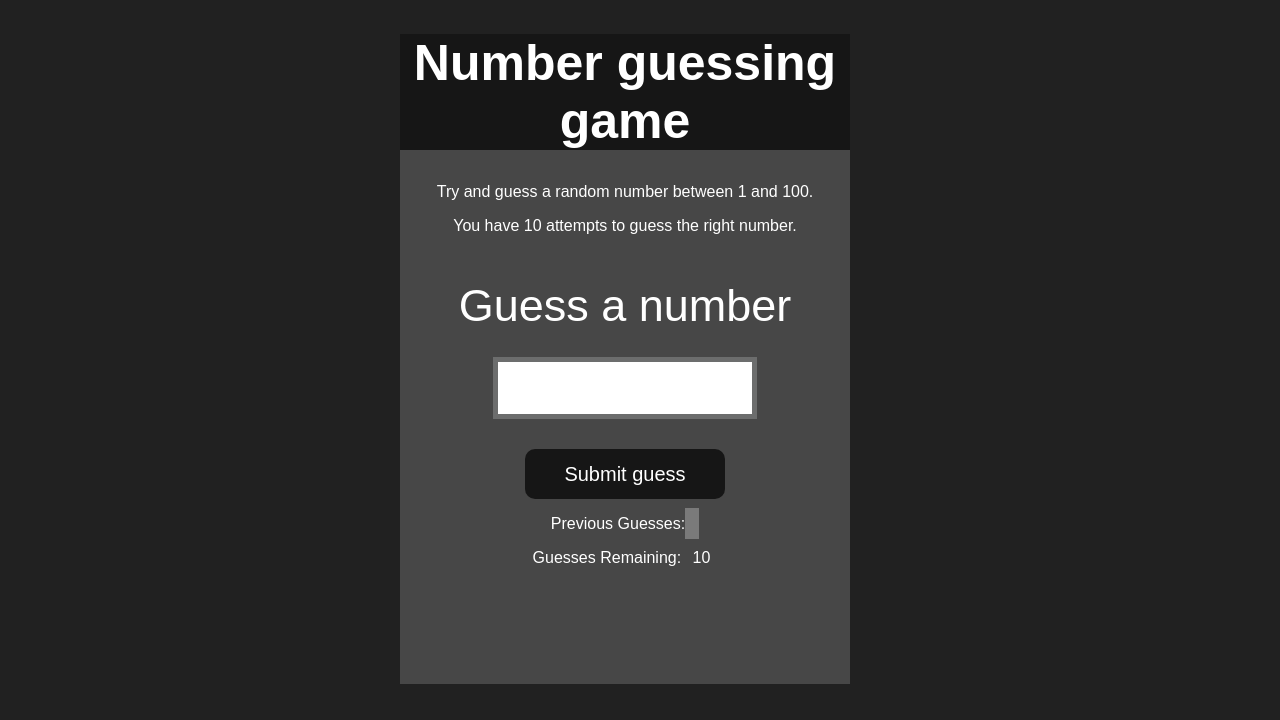
Repository: Chiranshukapil/Mini-project
Page: index.html
An editor plug-in stored every save of this project. The page is shown before and after a run of saves, followed by the edit.
The browser window is 1280 px wide. The pictures show the whole page.

Above is the page before, as saved 2024-06-24 01:38:15.
Not found: styles.css

After the next 2 saves:
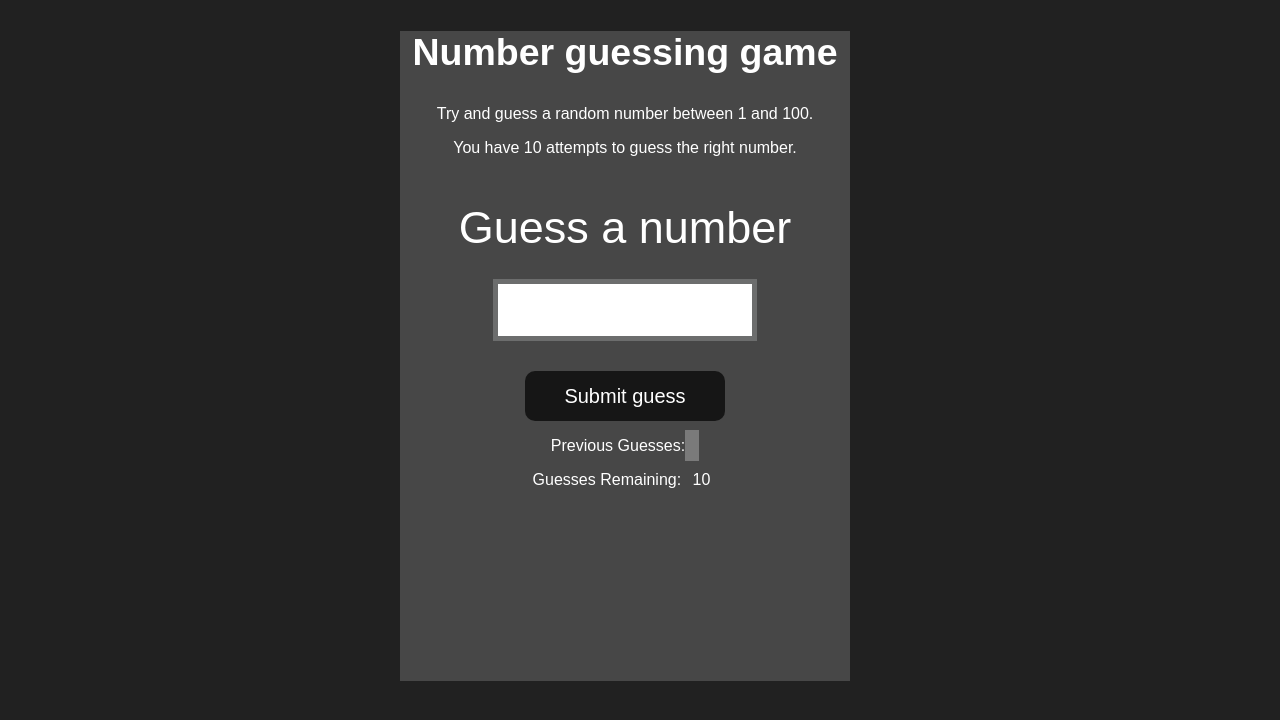
The 2 saves are shown as one change because they came seconds apart.
The last was saved 11 s later.
--- a/index.html
+++ b/index.html
@@ -17,7 +17,7 @@
   </nav> -->
 
     <div id="wrapper">
-        <h1>Number guessing game</h1>
+        <h2>Number guessing game</h2>
         <p>Try and guess a random number between 1 and 100.</p>
         <p>You have 10 attempts to guess the right number.</p>
         </br>

After the save that followed:
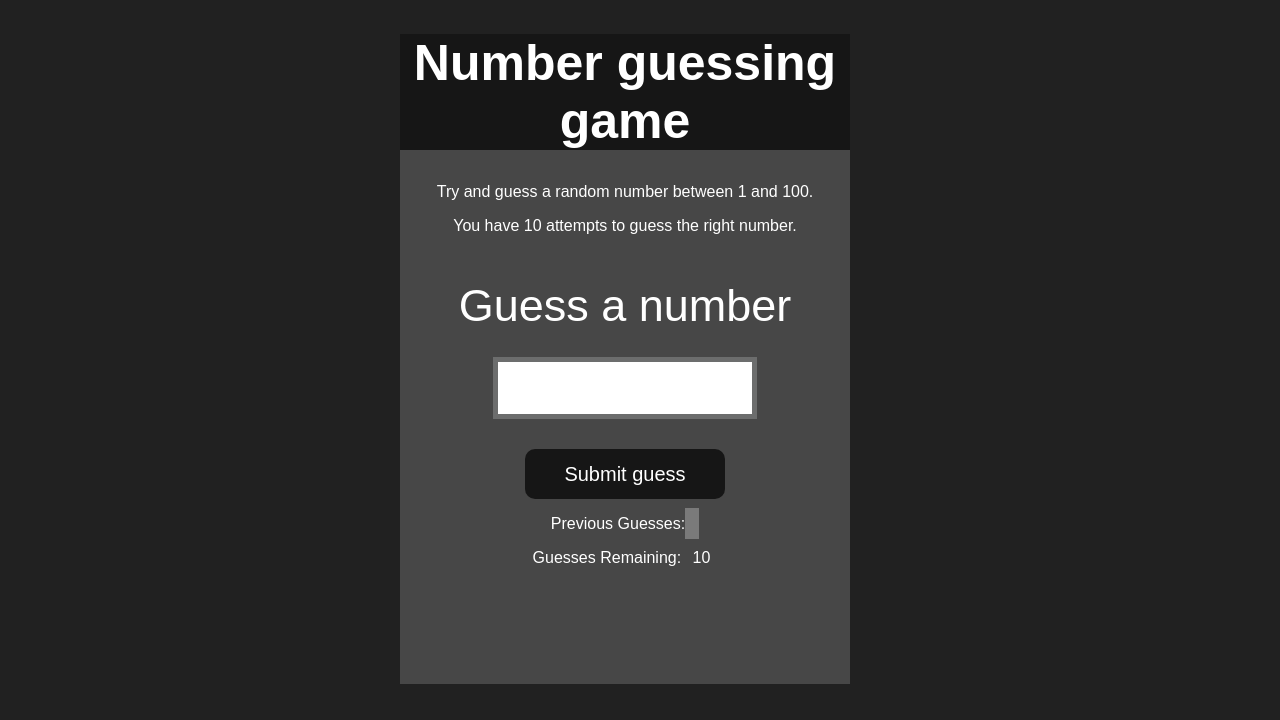
Saved 5 s later.
--- a/index.html
+++ b/index.html
@@ -17,7 +17,7 @@
   </nav> -->
 
     <div id="wrapper">
-        <h2>Number guessing game</h2>
+        <h1>Number guessing game</h1>
         <p>Try and guess a random number between 1 and 100.</p>
         <p>You have 10 attempts to guess the right number.</p>
         </br>
